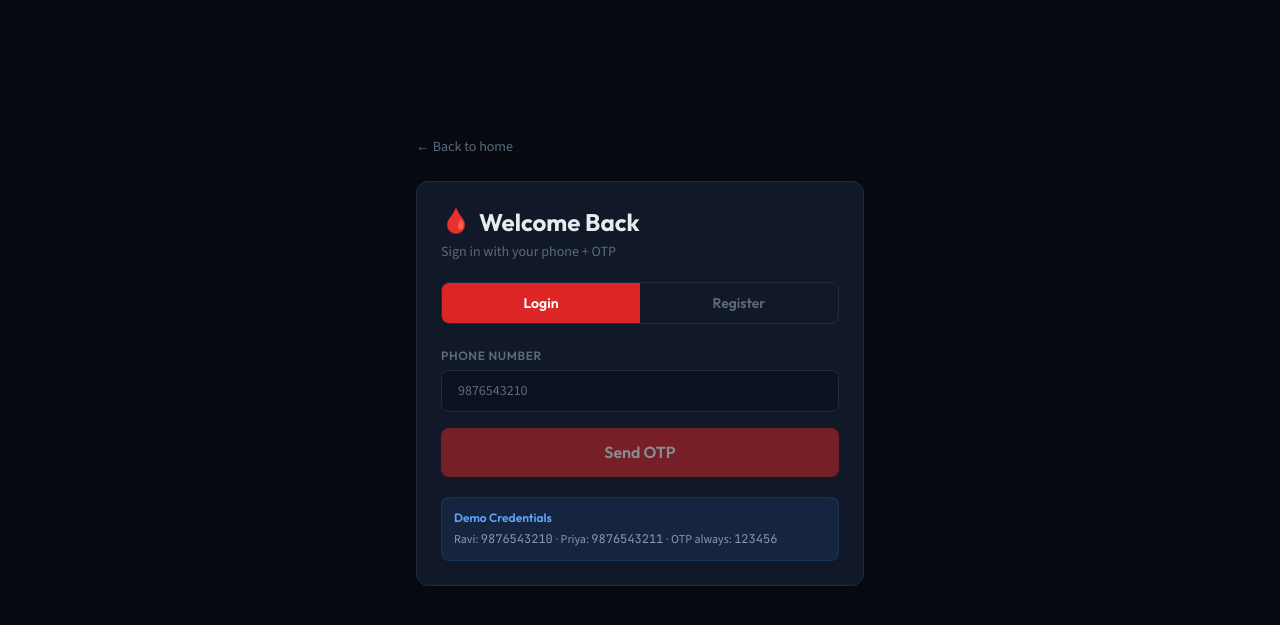
Repository: maitri25jain/LifeBride-Hackmol-
Page: /citizen/dashboard (app in frontend/)
These files come from the project's save history. The page is drawn as it stood at one moment and after the next save; the edit follows.
The browser window is 1280 px wide. The pictures show the whole page.
The project was rebuilt for these pictures with package versions that can differ from the ones it lists, and the page was loaded fresh each time. Also part of the build but not shown: frontend/vite.config.js, frontend/src/pages/Landing/Landing.jsx, frontend/src/pages/CitizenDashboard/CitizenDashboard.jsx, frontend/src/pages/HospitalLogin/HospitalLogin.jsx, frontend/src/pages/HospitalDashboard/HospitalDashboard.jsx.

Above is the page before, as saved 2026-03-29 05:59:52.

### frontend/index.html
<!DOCTYPE html>
<html lang="en">
  <head>
    <meta charset="UTF-8" />
    <link rel="icon" type="image/svg+xml" href="data:[embedded picture, 125 characters]" />
    <meta name="viewport" content="width=device-width, initial-scale=1.0" />
    <title>LifeBridge — Save Lives, Bridge the Gap</title>
  </head>
  <body>
    <div id="root"></div>
    <script type="module" src="/src/main.jsx"></script>
  </body>
</html>

### frontend/src/App.jsx
import { BrowserRouter, Routes, Route, Navigate } from 'react-router-dom';
// 🚨 Notice we are importing BOTH from our new useAuth.jsx file now!
import { AuthProvider, useAuth } from './context/useAuth';
import Landing from './pages/Landing/Landing';
import CitizenAuth from './pages/CitizenAuth/CitizenAuth';
import CitizenDashboard from './pages/CitizenDashboard/CitizenDashboard';
import HospitalLogin from './pages/HospitalLogin/HospitalLogin';
import HospitalDashboard from './pages/HospitalDashboard/HospitalDashboard';

function ProtectedCitizen({ children }) {
  const { isLoggedIn } = useAuth();
  return isLoggedIn ? children : <Navigate to="/citizen/auth" replace />;
}

function ProtectedHospital({ children }) {
  const { isLoggedIn } = useAuth();
  return isLoggedIn ? children : <Navigate to="/hospital/login" replace />;
}

export default function App() {
  return (
    <BrowserRouter>
      {/* This provider is now correctly powering your entire app */}
      <AuthProvider>
        <Routes>
          <Route path="/" element={<Landing />} />
          <Route path="/citizen/auth" element={<CitizenAuth />} />
          <Route path="/citizen/dashboard" element={<ProtectedCitizen><CitizenDashboard /></ProtectedCitizen>} />
          <Route path="/hospital/login" element={<HospitalLogin />} />
          <Route path="/hospital/dashboard" element={<ProtectedHospital><HospitalDashboard /></ProtectedHospital>} />
          <Route path="*" element={<Navigate to="/" replace />} />
        </Routes>
      </AuthProvider>
    </BrowserRouter>
  );
}

### frontend/src/index.css
@import url('https://fonts.googleapis.com/css2?family=Outfit:wght@300;400;500;600;700;800;900&family=Source+Sans+3:ital,wght@0,300;0,400;0,500;0,600;0,700;1,400&family=JetBrains+Mono:wght@400;500;600&display=swap');

@tailwind base;
@tailwind components;
@tailwind utilities;

:root {
  --bg-deep:    #06090f;
  --bg-base:    #0b1120;
  --bg-raised:  #111827;
  --bg-surface: #1a2332;
  --bg-hover:   #1f2d40;
  --border:     #1e2d3d;
  --border-lit: #2a3f55;

  --text-primary:   #e8ecf1;
  --text-secondary: #8899aa;
  --text-muted:     #5a6b7c;

  --red-50:  #fef2f2;
  --red-100: #fee2e2;
  --red-400: #f87171;
  --red-500: #ef4444;
  --red-600: #dc2626;
  --red-700: #b91c1c;
  --red-glow: rgba(239, 68, 68, 0.15);

  --green-400: #34d399;
  --green-500: #10b981;
  --green-600: #059669;
  --green-glow: rgba(16, 185, 129, 0.15);

  --blue-400: #60a5fa;
  --blue-500: #3b82f6;
  --blue-glow: rgba(59, 130, 246, 0.12);

  --amber-400: #fbbf24;
  --amber-500: #f59e0b;
  --amber-glow: rgba(245, 158, 11, 0.12);

  --font-display: 'Outfit', sans-serif;
  --font-body:    'Source Sans 3', sans-serif;
  --font-mono:    'JetBrains Mono', monospace;
}

* { box-sizing: border-box; margin: 0; padding: 0; }

body {
  font-family: var(--font-body);
  background: var(--bg-deep);
  color: var(--text-primary);
  -webkit-font-smoothing: antialiased;
  -moz-osx-font-smoothing: grayscale;
  line-height: 1.6;
}

::-webkit-scrollbar { width: 6px; }
::-webkit-scrollbar-track { background: var(--bg-base); }
::-webkit-scrollbar-thumb { background: var(--border-lit); border-radius: 3px; }
::-webkit-scrollbar-thumb:hover { background: var(--text-muted); }

@layer components {
  .card {
    @apply rounded-xl p-6;
    background: var(--bg-raised);
    border: 1px solid var(--border);
  }
  .card-surface {
    @apply rounded-xl p-5;
    background: var(--bg-surface);
    border: 1px solid var(--border);
  }

  .btn-primary {
    @apply px-5 py-2.5 rounded-lg font-semibold text-white transition-all duration-200 cursor-pointer;
    background: var(--red-600);
    font-family: var(--font-display);
  }
  .btn-primary:hover {
    background: var(--red-500);
    transform: translateY(-1px);
    box-shadow: 0 4px 20px var(--red-glow);
  }
  .btn-primary:disabled {
    opacity: 0.5;
    cursor: not-allowed;
    transform: none;
    box-shadow: none;
  }

  .btn-secondary {
    @apply px-5 py-2.5 rounded-lg font-semibold transition-all duration-200 cursor-pointer;
    background: var(--bg-surface);
    color: var(--text-primary);
    border: 1px solid var(--border-lit);
    font-family: var(--font-display);
  }
  .btn-secondary:hover {
    background: var(--bg-hover);
    border-color: var(--text-muted);
  }

  .btn-ghost {
    @apply px-4 py-2 rounded-lg text-sm transition-all duration-200 cursor-pointer;
    color: var(--text-secondary);
    background: transparent;
  }
  .btn-ghost:hover {
    background: var(--bg-surface);
    color: var(--text-primary);
  }

  .btn-emerald {
    @apply px-5 py-2.5 rounded-lg font-semibold text-white transition-all duration-200 cursor-pointer;
    background: var(--green-600);
    font-family: var(--font-display);
  }
  .btn-emerald:hover {
    background: var(--green-500);
    box-shadow: 0 4px 20px var(--green-glow);
  }

  .input-field {
    @apply w-full px-4 py-2.5 rounded-lg text-sm outline-none transition-all duration-200;
    background: var(--bg-base);
    border: 1px solid var(--border);
    color: var(--text-primary);
    font-family: var(--font-body);
  }
  .input-field::placeholder { color: var(--text-muted); }
  .input-field:focus {
    border-color: var(--red-500);
    box-shadow: 0 0 0 3px var(--red-glow);
  }

  .select-field {
    @apply w-full px-4 py-2.5 rounded-lg text-sm outline-none transition-all duration-200 appearance-none;
    background: var(--bg-base);
    border: 1px solid var(--border);
    color: var(--text-primary);
    font-family: var(--font-body);
    background-image: url("data:[embedded picture, 161 characters]");
    background-repeat: no-repeat;
    background-position: right 12px center;
  }
  .select-field:focus {
    border-color: var(--red-500);
    box-shadow: 0 0 0 3px var(--red-glow);
  }

  .label {
    @apply block text-xs font-semibold uppercase tracking-wider mb-1.5;
    color: var(--text-muted);
    font-family: var(--font-display);
  }

  .badge {
    @apply inline-flex items-center px-2.5 py-0.5 rounded-full text-xs font-semibold;
    font-family: var(--font-display);
  }
  .badge-critical { background: rgba(239,68,68,0.15); color: var(--red-400); border: 1px solid rgba(239,68,68,0.25); }
  .badge-urgent   { background: var(--amber-glow); color: var(--amber-400); border: 1px solid rgba(245,158,11,0.25); }
  .badge-standard { background: var(--green-glow); color: var(--green-400); border: 1px solid rgba(16,185,129,0.25); }
  .badge-normal   { background: var(--green-glow); color: var(--green-400); border: 1px solid rgba(16,185,129,0.25); }
  .badge-active   { background: var(--green-glow); color: var(--green-400); border: 1px solid rgba(16,185,129,0.25); }
  .badge-verified { background: var(--blue-glow); color: var(--blue-400); border: 1px solid rgba(59,130,246,0.25); }
  .badge-info     { background: var(--blue-glow); color: var(--blue-400); border: 1px solid rgba(59,130,246,0.25); }
}

@keyframes fadeUp {
  from { opacity: 0; transform: translateY(16px); }
  to   { opacity: 1; transform: translateY(0); }
}
@keyframes fadeIn {
  from { opacity: 0; }
  to   { opacity: 1; }
}
@keyframes pulseGlow {
  0%, 100% { box-shadow: 0 0 0 0 rgba(239, 68, 68, 0.4); }
  50%      { box-shadow: 0 0 0 10px rgba(239, 68, 68, 0); }
}
@keyframes spin {
  to { transform: rotate(360deg); }
}
.animate-fadeUp   { animation: fadeUp 0.5s ease-out forwards; }
.animate-fadeIn   { animation: fadeIn 0.3s ease-out forwards; }
.animate-pulse-glow { animation: pulseGlow 2s infinite; }
.animate-spin     { animation: spin 0.8s linear infinite; }

.stagger > *:nth-child(1) { animation-delay: 0ms; }
.stagger > *:nth-child(2) { animation-delay: 60ms; }
.stagger > *:nth-child(3) { animation-delay: 120ms; }
.stagger > *:nth-child(4) { animation-delay: 180ms; }
.stagger > *:nth-child(5) { animation-delay: 240ms; }
.stagger > *:nth-child(6) { animation-delay: 300ms; }

### frontend/src/context/useAuth.jsx
import { createContext, useContext, useState} from 'react';
// We import the helper functions directly from our API file!
import { getStoredUser, isAuthenticated, logout } from '../api';

const AuthContext = createContext(null);

export function AuthProvider({ children }) {
  const [user, setUser] = useState(getStoredUser());
  const [isLoggedIn, setIsLoggedIn] = useState(isAuthenticated());

  // This runs when you successfully verify the OTP in CitizenAuth
  const setCitizenUser = () => {
    // api.js already saved the token to localStorage, we just update the UI state
    setUser(getStoredUser());
    setIsLoggedIn(true);
  };

  const handleLogout = () => {
    logout(); // This clears 'lb_token' and 'lb_user'
    setUser(null);
    setIsLoggedIn(false);
  };

  return (
    <AuthContext.Provider value={{ user, isLoggedIn, setCitizenUser, logout: handleLogout }}>
      {children}
    </AuthContext.Provider>
  );
}
// eslint-disable-next-line react-refresh/only-export-components
export const useAuth = () => useContext(AuthContext);

### frontend/src/pages/CitizenAuth/CitizenAuth.jsx
import { useState } from 'react';
import { useNavigate, Link } from 'react-router-dom';
import { useAuth } from '../../context/useAuth';
import { citizenAuth } from '../../api';
const BLOOD_TYPES = ['A+', 'A-', 'B+', 'B-', 'AB+', 'AB-', 'O+', 'O-'];

export default function CitizenAuth() {
  const navigate = useNavigate();
  const { setCitizenUser } = useAuth();
  const [mode, setMode] = useState('login');
  const [step, setStep] = useState(1);
  const [loading, setLoading] = useState(false);
  const [error, setError] = useState('');

  const [phone, setPhone] = useState('');
  const [otp, setOtp] = useState('');

  const [regData, setRegData] = useState({
    full_name: '',
    phone: '',
    blood_type: 'B+',
    date_of_birth: '',
    aadhaar: '',
    email: '',
  });

  async function handleLoginSendOTP(e) {
    e.preventDefault();
    setError('');
    setLoading(true);
    try {
      await citizenAuth.loginSendOTP(phone);
      setStep(2);
    } catch (err) {
      setError(err.message);
    }
    setLoading(false);
  }

  async function handleLoginVerify(e) {
    e.preventDefault();
    setError('');
    setLoading(true);
    try {
      const data = await citizenAuth.loginVerify(phone, otp);
      setCitizenUser(data);
      navigate('/citizen/dashboard');
    } catch (err) {
      setError(err.message);
    }
    setLoading(false);
  }

  async function handleRegisterSendOTP(e) {
    e.preventDefault();
    setError('');
    setLoading(true);
    try {
      await citizenAuth.registerSendOTP(regData);
      setPhone(regData.phone);
      setStep(2);
    } catch (err) {
      setError(err.message);
    }
    setLoading(false);
  }

  async function handleRegisterVerify(e) {
    e.preventDefault();
    setError('');
    setLoading(true);
    try {
      const data = await citizenAuth.registerVerify(regData.phone, otp);
      setCitizenUser(data);
      navigate('/citizen/dashboard');
    } catch (err) {
      setError(err.message);
    }
    setLoading(false);
  }

  function updateReg(field, value) {
    setRegData((prev) => ({ ...prev, [field]: value }));
  }

  return (
    <div
      className="min-h-screen flex items-center justify-center px-6 py-12"
      style={{ background: 'var(--bg-deep)' }}
    >
      <div className="w-full max-w-md">
        <Link
          to="/"
          className="inline-flex items-center gap-1 text-sm mb-6 transition-colors"
          style={{ color: 'var(--text-muted)' }}
        >
          ← Back to home
        </Link>

        <div className="card">
          <div className="flex items-center gap-2 mb-1">
            <span className="text-2xl">🩸</span>
            <h1 className="text-2xl font-bold font-display" style={{ color: 'var(--text-primary)' }}>
              {mode === 'login' ? 'Welcome Back' : 'Become a Donor'}
            </h1>
          </div>
          <p className="text-sm mb-5" style={{ color: 'var(--text-muted)' }}>
            {mode === 'login'
              ? 'Sign in with your phone + OTP'
              : 'Register to pledge organs, blood, or plasma'}
          </p>

          {/* Mode toggle */}
          <div
            className="flex rounded-lg overflow-hidden mb-6"
            style={{ border: '1px solid var(--border)' }}
          >
            {['login', 'register'].map((m) => (
              <button
                key={m}
                onClick={() => {
                  setMode(m);
                  setStep(1);
                  setError('');
                }}
                className="flex-1 py-2.5 text-sm font-semibold font-display transition-all cursor-pointer"
                style={{
                  background: mode === m ? 'var(--red-600)' : 'transparent',
                  color: mode === m ? 'white' : 'var(--text-muted)',
                }}
              >
                {m === 'login' ? 'Login' : 'Register'}
              </button>
            ))}
          </div>

          {/* LOGIN STEP 1 */}
          {mode === 'login' && step === 1 && (
            <form onSubmit={handleLoginSendOTP} className="space-y-4 animate-fadeIn">
              <div>
                <label className="label">Phone Number</label>
                <input
                  className="input-field"
                  type="tel"
                  value={phone}
                  onChange={(e) => setPhone(e.target.value)}
                  placeholder="9876543210"
                  required
                />
              </div>
              {error && <ErrorMsg text={error} />}
              <button
                type="submit"
                className="btn-primary w-full !py-3"
                disabled={loading || !phone}
              >
                {loading ? <Spinner /> : 'Send OTP'}
              </button>
            </form>
          )}

          {/* LOGIN STEP 2 */}
          {mode === 'login' && step === 2 && (
            <form onSubmit={handleLoginVerify} className="space-y-4 animate-fadeIn">
              <div
                className="p-3 rounded-lg text-xs"
                style={{
                  background: 'var(--green-glow)',
                  border: '1px solid rgba(16,185,129,0.2)',
                }}
              >
                <span style={{ color: 'var(--green-400)' }}>
                  OTP sent to {phone}. Demo OTP:{' '}
                  <span className="font-mono font-bold">123456</span>
                </span>
              </div>
              <div>
                <label className="label">Enter OTP</label>
                <input
                  className="input-field text-center text-lg tracking-[0.3em] font-mono"
                  type="text"
                  value={otp}
                  onChange={(e) => setOtp(e.target.value)}
                  placeholder="123456"
                  maxLength={6}
                  required
                />
              </div>
              {error && <ErrorMsg text={error} />}
              <button
                type="submit"
                className="btn-primary w-full !py-3"
                disabled={loading || otp.length < 6}
              >
                {loading ? <Spinner /> : 'Verify & Login'}
              </button>
              <button
                type="button"
                onClick={() => setStep(1)}
                className="btn-ghost w-full text-sm"
              >
                ← Change phone
              </button>
            </form>
          )}

          {/* REGISTER STEP 1 */}
          {mode === 'register' && step === 1 && (
            <form onSubmit={handleRegisterSendOTP} className="space-y-3 animate-fadeIn">
              <div>
                <label className="label">Full Name</label>
                <input
                  className="input-field"
                  value={regData.full_name}
                  onChange={(e) => updateReg('full_name', e.target.value)}
                  placeholder="Your full name"
                  required
                />
              </div>
              <div className="grid grid-cols-2 gap-3">
                <div>
                  <label className="label">Phone</label>
                  <input
                    className="input-field"
                    type="tel"
                    value={regData.phone}
                    onChange={(e) => updateReg('phone', e.target.value)}
                    placeholder="9876543210"
                    required
                  />
                </div>
                <div>
                  <label className="label">Blood Type</label>
                  <select
                    className="select-field"
                    value={regData.blood_type}
                    onChange={(e) => updateReg('blood_type', e.target.value)}
                  >
                    {BLOOD_TYPES.map((bt) => (
                      <option key={bt} value={bt}>
                        {bt}
                      </option>
                    ))}
                  </select>
                </div>
              </div>
              <div className="grid grid-cols-2 gap-3">
                <div>
                  <label className="label">Date of Birth</label>
                  <input
                    className="input-field"
                    type="date"
                    value={regData.date_of_birth}
                    onChange={(e) => updateReg('date_of_birth', e.target.value)}
                    required
                  />
                </div>
                <div>
                  <label className="label">Email (optional)</label>
                  <input
                    className="input-field"
                    type="email"
                    value={regData.email}
                    onChange={(e) => updateReg('email', e.target.value)}
                    placeholder="you@email.com"
                  />
                </div>
              </div>
              <div>
                <label className="label">Aadhaar Number</label>
                <input
                  className="input-field"
                  value={regData.aadhaar}
                  onChange={(e) => updateReg('aadhaar', e.target.value)}
                  placeholder="12-digit Aadhaar"
                  maxLength={12}
                  required
                />
                <p className="text-xs mt-1" style={{ color: 'var(--text-muted)' }}>
                  SHA-256 hashed before storing. Never stored in plain text.
                </p>
              </div>
              {error && <ErrorMsg text={error} />}
              <button
                type="submit"
                className="btn-primary w-full !py-3"
                disabled={
                  loading || !regData.full_name || !regData.phone || !regData.aadhaar
                }
              >
                {loading ? <Spinner /> : 'Register & Send OTP'}
              </button>
            </form>
          )}

          {/* REGISTER STEP 2 */}
          {mode === 'register' && step === 2 && (
            <form onSubmit={handleRegisterVerify} className="space-y-4 animate-fadeIn">
              <div
                className="p-3 rounded-lg text-xs"
                style={{
                  background: 'var(--green-glow)',
                  border: '1px solid rgba(16,185,129,0.2)',
                }}
              >
                <span style={{ color: 'var(--green-400)' }}>
                  Verify your phone to complete registration. Demo OTP:{' '}
                  <span className="font-mono font-bold">123456</span>
                </span>
              </div>
              <div>
                <label className="label">Enter OTP</label>
                <input
                  className="input-field text-center text-lg tracking-[0.3em] font-mono"
                  type="text"
                  value={otp}
                  onChange={(e) => setOtp(e.target.value)}
                  placeholder="123456"
                  maxLength={6}
                  required
                />
              </div>
              {error && <ErrorMsg text={error} />}
              <button
                type="submit"
                className="btn-primary w-full !py-3"
                disabled={loading || otp.length < 6}
              >
                {loading ? <Spinner /> : '🔗 Verify & Create Account'}
              </button>
              <button
                type="button"
                onClick={() => setStep(1)}
                className="btn-ghost w-full text-sm"
              >
                ← Back to form
              </button>
            </form>
          )}

          {/* Demo hint */}
          <div
            className="mt-5 p-3 rounded-lg text-xs"
            style={{
              background: 'var(--blue-glow)',
              border: '1px solid rgba(59,130,246,0.15)',
            }}
          >
            <span className="font-semibold font-display" style={{ color: 'var(--blue-400)' }}>
              Demo Credentials
            </span>
            <div className="mt-1" style={{ color: 'var(--text-secondary)' }}>
              Ravi: <span className="font-mono">9876543210</span> · Priya:{' '}
              <span className="font-mono">9876543211</span> · OTP always:{' '}
              <span className="font-mono">123456</span>
            </div>
          </div>
        </div>
      </div>
    </div>
  );
}

function ErrorMsg({ text }) {
  return (
    <div
      className="text-sm px-3 py-2 rounded-lg"
      style={{
        background: 'var(--red-glow)',
        color: 'var(--red-400)',
        border: '1px solid rgba(239,68,68,0.2)',
      }}
    >
      {text}
    </div>
  );
}

function Spinner() {
  return (
    <span className="flex items-center justify-center gap-2">
      <span
        className="w-4 h-4 border-2 rounded-full animate-spin"
        style={{ borderColor: 'rgba(255,255,255,0.3)', borderTopColor: 'white' }}
      />
      Processing...
    </span>
  );
}

### frontend/tailwind.config.js
/** @type {import('tailwindcss').Config} */
export default {
  content: ['./index.html', './src/**/*.{js,jsx}'],
  theme: {
    extend: {
      fontFamily: {
        display: ['Outfit', 'sans-serif'],
        body: ['Source Sans 3', 'sans-serif'],
        mono: ['JetBrains Mono', 'monospace'],
      },
    },
  },
  plugins: [],
};

Loaded but not shown: frontend/src/main.jsx (common file); frontend/src/api.js (275 lines, source omitted)

After the next save:
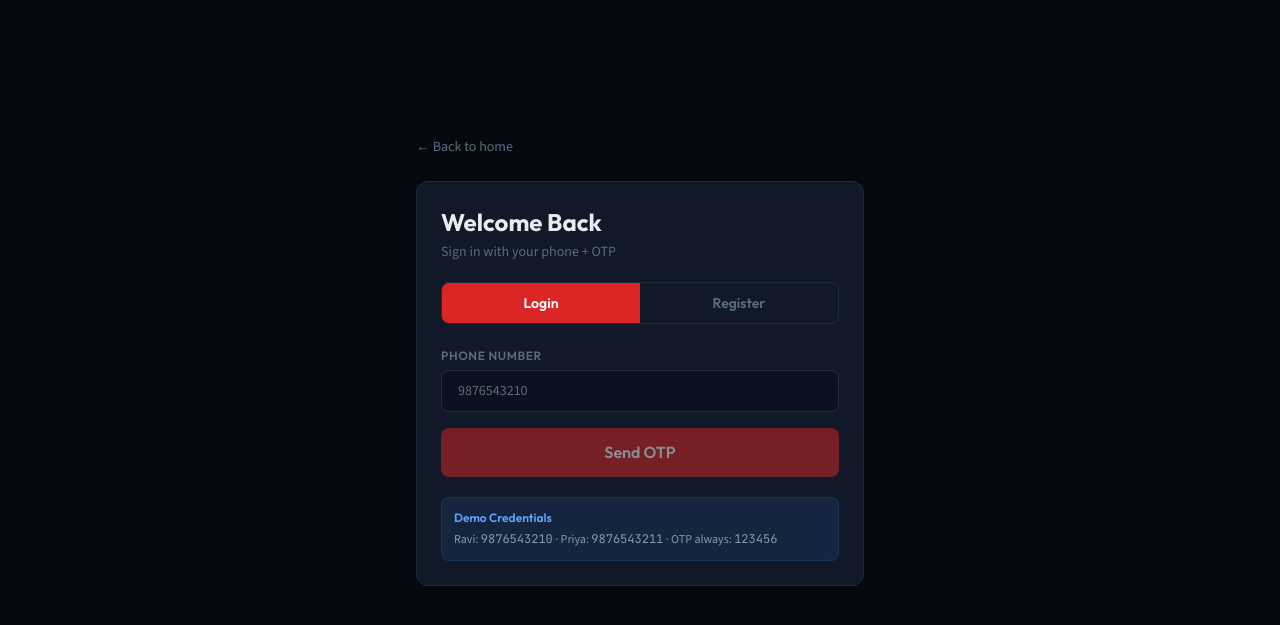
Saved 5 s later.
--- a/frontend/src/pages/CitizenAuth/CitizenAuth.jsx
+++ b/frontend/src/pages/CitizenAuth/CitizenAuth.jsx
@@ -99,7 +99,7 @@
 
         <div className="card">
           <div className="flex items-center gap-2 mb-1">
-            <span className="text-2xl">🩸</span>
+
             <h1 className="text-2xl font-bold font-display" style={{ color: 'var(--text-primary)' }}>
               {mode === 'login' ? 'Welcome Back' : 'Become a Donor'}
             </h1>
